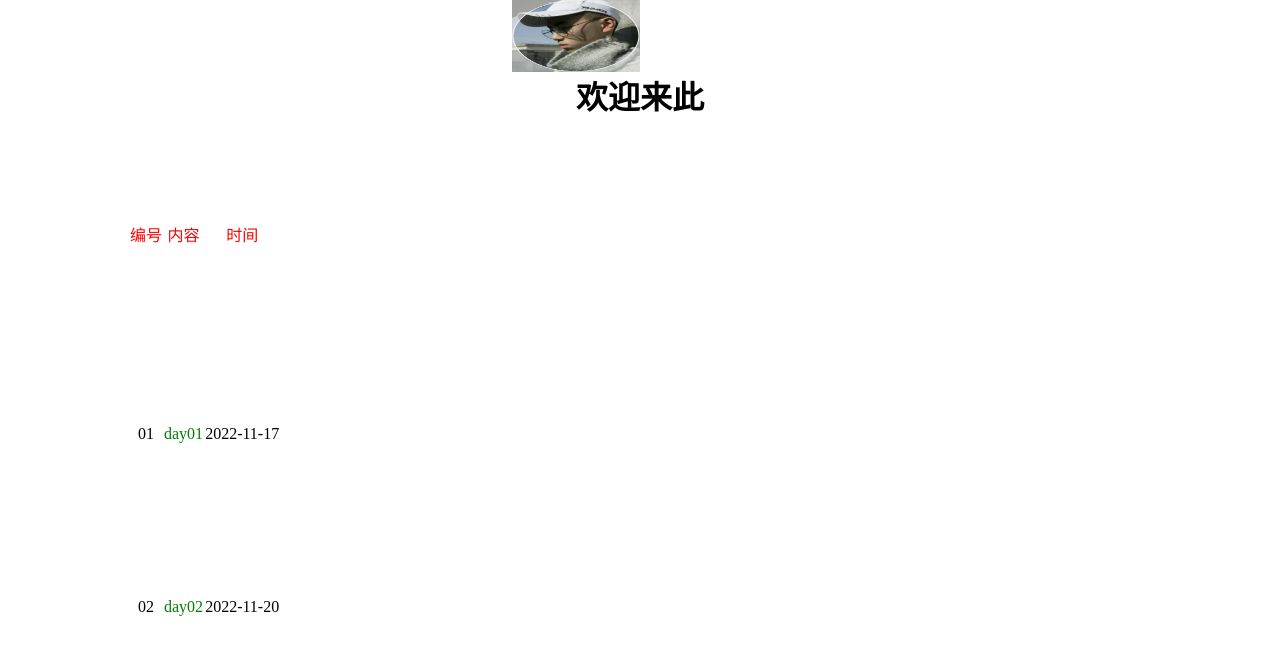
Repository: FengMo1314/JavaWeb
Page: http://localhost/JavaWeb_chen/
The author's editor kept a copy of each file at every save. The page is drawn from the files as they stood at one save, then again after the next save.
The browser window is 1280 px wide. The pictures show the whole page.
The page is served by Tomcat 10.

Above is the page before, as saved 2022-11-20 00:48:42.

After the next save:
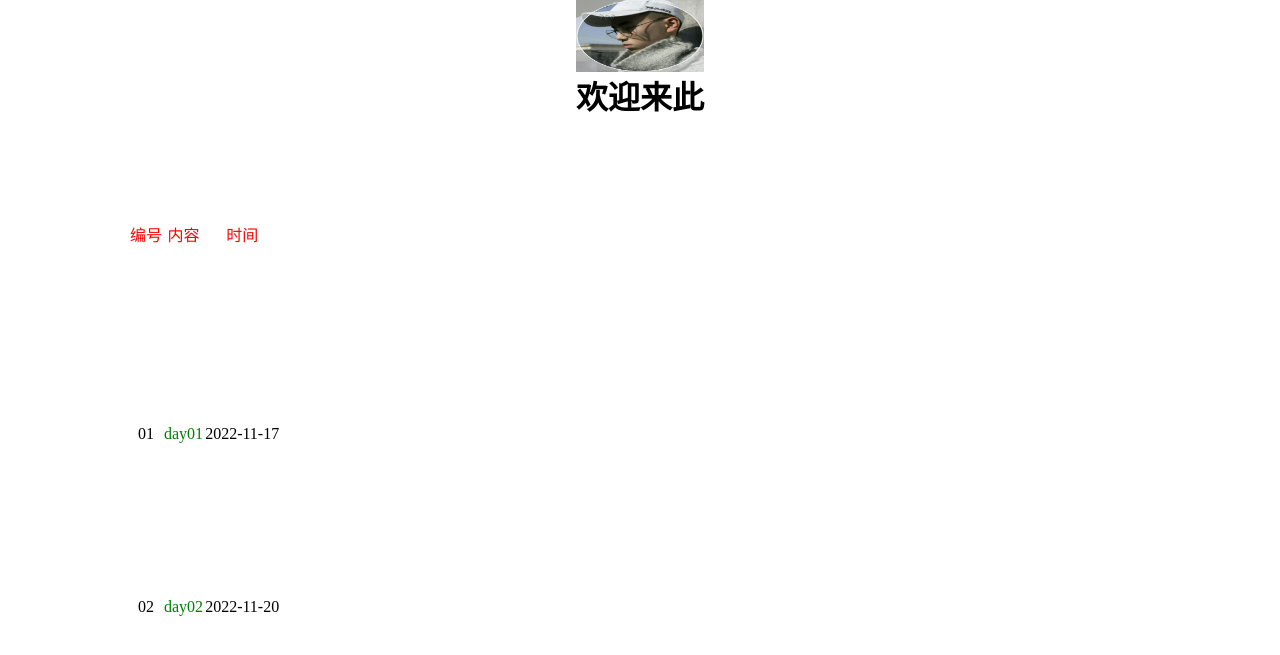
Saved 13 s later.
--- a/JavaWeb&chen/src/main/webapp/css/index/index.css
+++ b/JavaWeb&chen/src/main/webapp/css/index/index.css
@@ -11,7 +11,7 @@
 img{
 	width: 10%;
 	height: 10%;
-	margin: 0 40% 0 40%;
+	margin: 0 45% 0 45%;
 }
 h1{
 	text-align: center;
